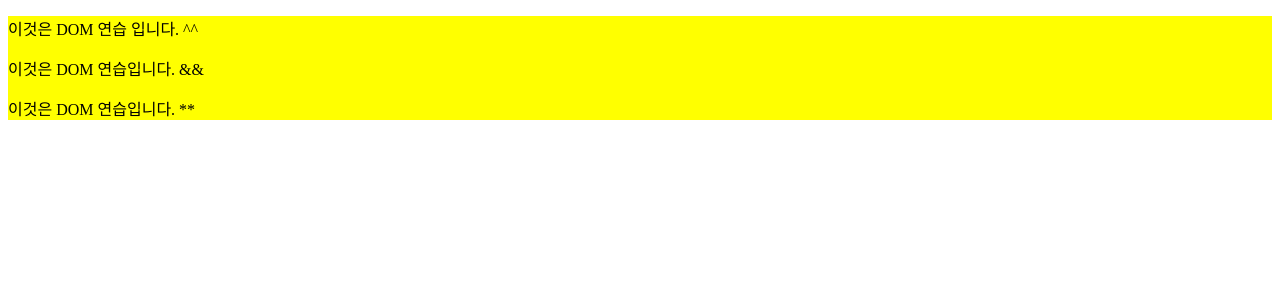
Repository: shinsil0601/webstudy
Page: 03_JavaScript/src/main/webapp/day03/ex10_DOM.html
The author's editor kept a copy of each file at every save. The page is drawn from the files as they stood at one save, then again after the next save.
The browser window is 1280 px wide. The pictures show the whole page.

Above is the page before, as saved 2023-06-29 06:48:28.
Console error: TypeError: Failed to execute 'removeChild' on 'Node': parameter 1 is not of type 'Node'.

After the next save:
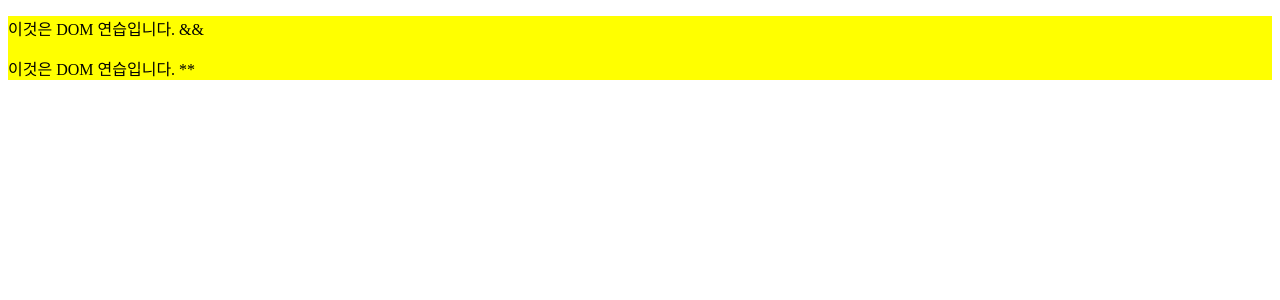
The error is gone.
Saved 16 s later.
--- a/03_JavaScript/src/main/webapp/day03/ex10_DOM.html
+++ b/03_JavaScript/src/main/webapp/day03/ex10_DOM.html
@@ -11,8 +11,8 @@
 </head>
 <body>
 	<div id="myBox">
-		<p id="p1">이것은 DOM 연습 입니다. @@</p>
-		<p id="p1">이것은 DOM 연습 입니다. ^^</p>
+		<p id="p1"> 이것은 DOM 연습 입니다. @@</p>
+		<p id="p2"> 이것은 DOM 연습 입니다. ^^</p>
 	</div>
 <script type="text/javascript">
 	// html 요소 추가 및 삭제
